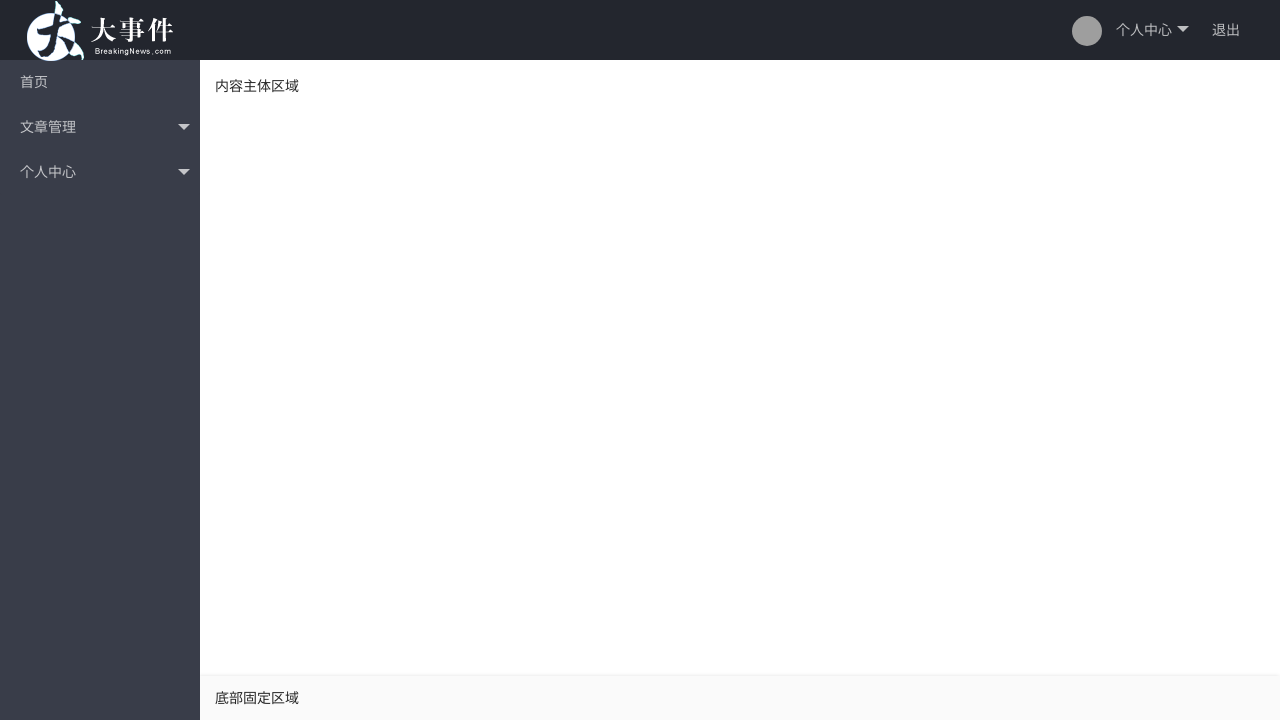
Repository: 1zhoukexin/web_aad
Page: index.html
These files come from the project's save history. The page is drawn as it stood at one moment and after the next save; the edit follows.
The browser window is 1280 px wide. The pictures show the whole page.
Pictures or frames that could not be fetched are drawn as grey boxes.

Above is the page before, as saved 2021-04-16 19:49:31.

### index.html
<!DOCTYPE html>
<html>

<head>
    <meta charset="utf-8">
    <meta name="viewport" content="width=device-width, initial-scale=1, maximum-scale=1">
    <title>后台主页</title>
    <link rel="stylesheet" href="./assets/lib/layui/css/layui.css">
</head>

<body>
    <div class="layui-layout layui-layout-admin">
        <div class="layui-header">
            <div class="layui-logo">
                <img src="/assets/images/logo.png" alt="">
            </div>
            <!-- 头部区域（可配合layui 已有的水平导航） -->

            <ul class="layui-nav layui-layout-right">
                <li class="layui-nav-item">
                    <a href="javascript:;">
                        <img src="//tva1.sinaimg.cn/crop.0.0.118.118.180/5db11ff4gw1e77d3nqrv8j203b03cweg.jpg" class="layui-nav-img"> 个人中心
                    </a>
                    <dl class="layui-nav-child">
                        <dd><a href="">基本资料</a></dd>
                        <dd><a href="">更换头像</a></dd>
                        <dd><a href="">重置密码</a></dd>
                    </dl>
                </li>
                <li class="layui-nav-item"><a href="">退出</a></li>
            </ul>
        </div>

        <div class="layui-side layui-bg-black">
            <div class="layui-side-scroll">
                <!-- 左侧导航区域（可配合layui已有的垂直导航） -->
                <ul class="layui-nav layui-nav-tree" lay-filter="test">
                    <li class="layui-nav-item"><a href="javascript:;">首页</a></li>
                    <li class="layui-nav-item">
                        <a class="" href="javascript:;">文章管理</a>
                        <dl class="layui-nav-child">
                            <dd><a href="javascript:;">文章类别</a></dd>
                            <dd><a href="javascript:;">文章列表</a></dd>
                            <dd><a href="javascript:;">发布文章</a></dd>

                        </dl>
                    </li>
                    <li class="layui-nav-item">
                        <a href="javascript:;">个人中心</a>
                        <dl class="layui-nav-child">
                            <dd><a href="javascript:;">基本资料</a></dd>
                            <dd><a href="javascript:;">更换头像</a></dd>
                            <dd><a href="javascript:;">重置密码</a></dd>

                        </dl>
                    </li>


                </ul>
            </div>
        </div>

        <div class="layui-body">
            <!-- 内容主体区域 -->
            <div style="padding: 15px;">内容主体区域</div>
        </div>

        <div class="layui-footer">
            <!-- 底部固定区域 -->
            底部固定区域
        </div>
    </div>

    <script src="/assets/lib/layui/layui.js"></script>
</body>

</html>

### assets/css/index.css
.layui-body {
    text-align: center;
}

Loaded but not shown: assets/lib/layui/css/layui.css (library); assets/lib/layui/layui.js (library); assets/lib/layui/css/modules/laydate/default/laydate.css (library); assets/lib/layui/css/modules/layer/default/layer.css (library); assets/lib/layui/css/modules/code.css (common file)

After the next save:
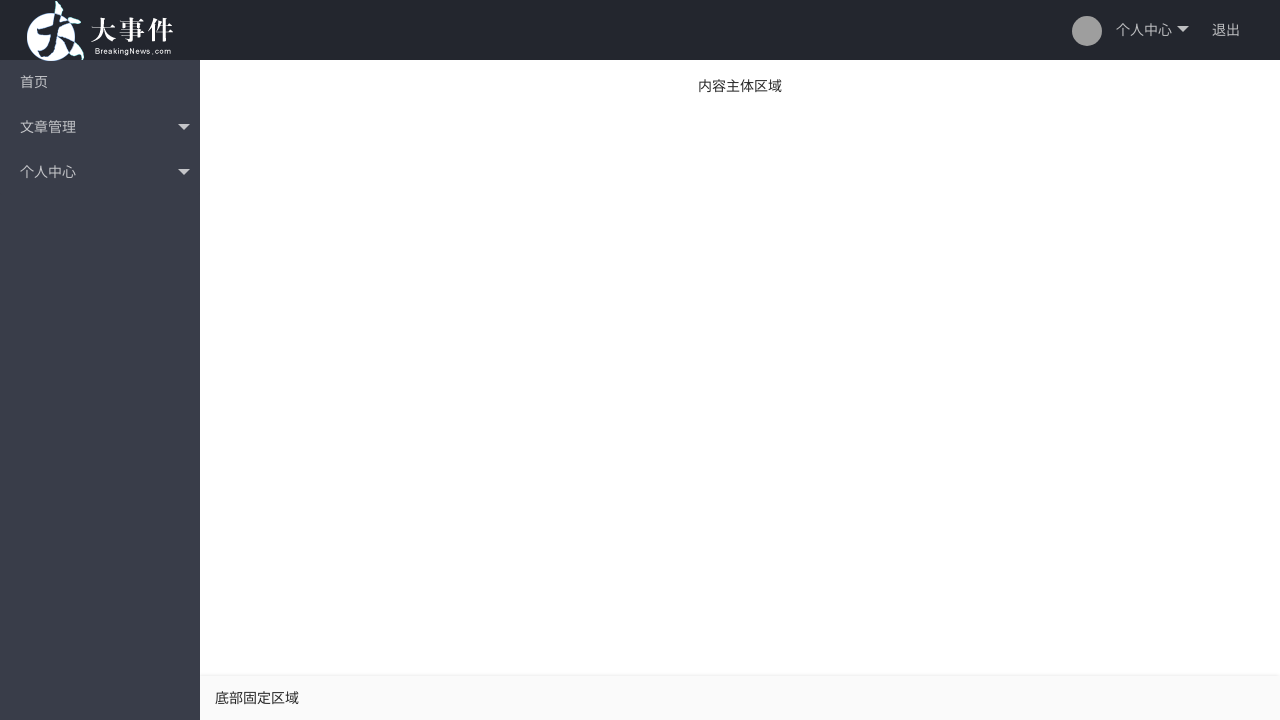
Saved 52 s later.
--- a/index.html
+++ b/index.html
@@ -6,6 +6,7 @@
     <meta name="viewport" content="width=device-width, initial-scale=1, maximum-scale=1">
     <title>后台主页</title>
     <link rel="stylesheet" href="./assets/lib/layui/css/layui.css">
+    <link rel="stylesheet" href="/assets/css/index.css">
 </head>
 
 <body>
